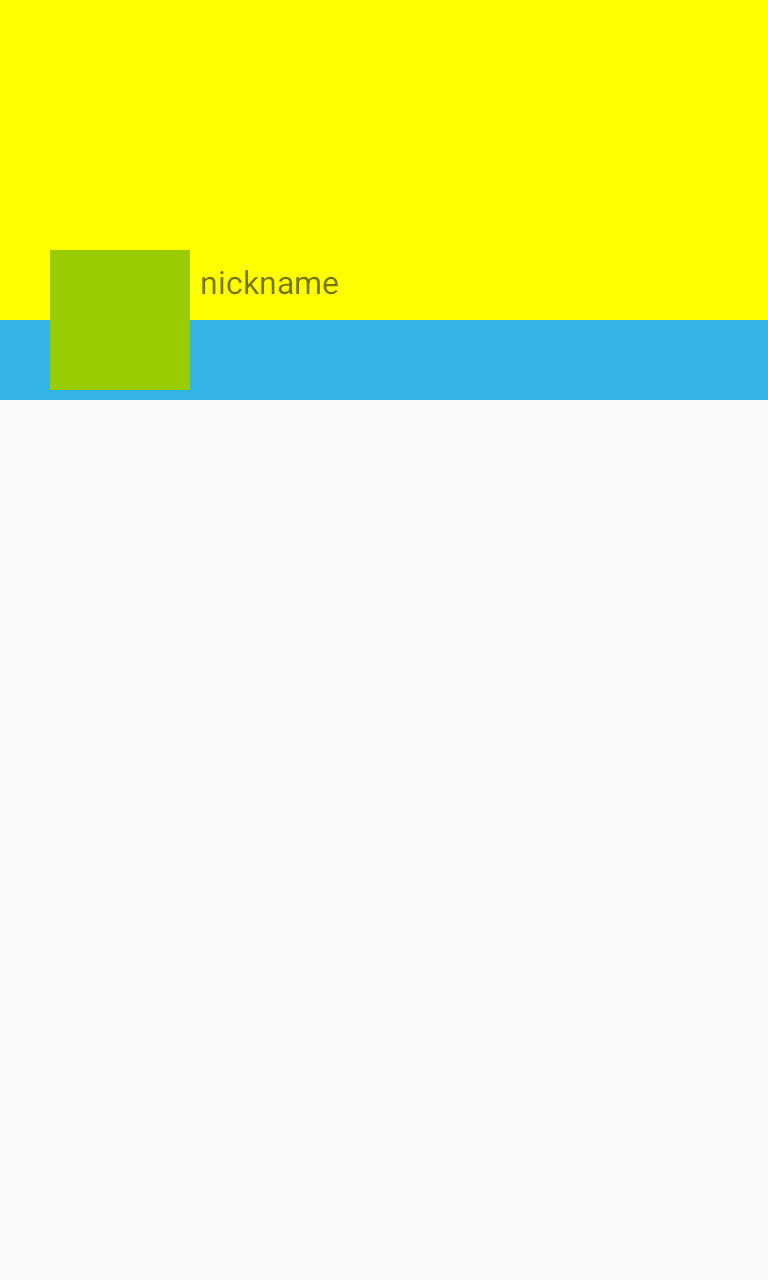
Repository: DAHYEON-PARK/SKP-GROUP
Layout: recipe/res/layout/fragment_category.xml
These files come from the project's save history. The layout is drawn as it stood at one moment and after the next save; the edit follows.
It is drawn on a 768 x 1280 px phone screen (xhdpi) without system bars, with theme AppTheme; the app's code is not run.

Above is the layout before, as saved 2015-02-19 10:46:25.

### recipe/res/layout/fragment_category.xml
<?xml version="1.0" encoding="utf-8"?>
<LinearLayout xmlns:android="http://schemas.android.com/apk/res/android"
    android:layout_width="match_parent"
    android:layout_height="match_parent"
    android:orientation="vertical" >

    <FrameLayout
        android:layout_width="match_parent"
        android:layout_height="200dp"
        android:background="@color/blue">

        <ImageView
            android:layout_width="match_parent"
            android:layout_height="160dp"
            android:background="@color/yellow"/>

        <ImageView
            android:layout_width="70dp"
            android:layout_height="70dp"
            android:layout_marginTop="125dp"
            android:layout_marginLeft="25dp"
            android:background="@color/green"/>

        <TextView
            android:layout_width="wrap_content"
            android:layout_height="wrap_content"
            android:text="nickname"
            android:layout_marginTop="130dp"
            android:layout_marginLeft="100dp"
            android:textSize="@dimen/sp15"/>

    </FrameLayout>

</LinearLayout>

### recipe/res/values/color.xml
<?xml version="1.0" encoding="utf-8"?>
<resources>
    <item name="blue" type="color">#FF33B5E5</item>
    <item name="purple" type="color">#FFAA66CC</item>
    <item name="green" type="color">#FF99CC00</item>
    <item name="orange" type="color">#FFFFBB33</item>
    <item name="red" type="color">#FFFF4444</item>
    <item name="yellow" type="color">#FFFF00</item>
    <item name="brown" type="color">#A0522D</item>
    <item name="black" type="color">#000000</item>
    <item name="darkblue" type="color">#FF0099CC</item>
    <item name="darkpurple" type="color">#FF9933CC</item>
    <item name="darkgreen" type="color">#FF669900</item>
    <item name="darkorange" type="color">#FFFF8800</item>
    <item name="darkred" type="color">#FFCC0000</item>
</resources>

### recipe/res/values/dimens.xml
<resources>

    <!-- Default screen margins, per the Android Design guidelines. -->
    <dimen name="activity_horizontal_margin">16dp</dimen>
    <dimen name="activity_vertical_margin">16dp</dimen>

    <!--
         Per the design guidelines, navigation drawers should be between 240dp and 320dp:
         https://developer.android.com/design/patterns/navigation-drawer.html
    -->
    <dimen name="navigation_drawer_width">240dp</dimen>

    <dimen name="sp10">11sp</dimen>
    <dimen name="sp11">12sp</dimen>
    <dimen name="sp12">13sp</dimen>
    <dimen name="sp13">14sp</dimen>
    <dimen name="sp14">15sp</dimen>
    <dimen name="sp15">16sp</dimen>
    <dimen name="sp16">17sp</dimen>
    <dimen name="sp17">18sp</dimen>
    <dimen name="sp18">19sp</dimen>
    <dimen name="sp19">20sp</dimen>
    <dimen name="sp20">21sp</dimen>
    <dimen name="sp21">22sp</dimen>
    <dimen name="sp22">23sp</dimen>
    <dimen name="sp23">24sp</dimen>
    <dimen name="sp24">25sp</dimen>
    <dimen name="sp25">26sp</dimen>

</resources>

Loaded but not shown: recipe/res/values/styles.xml (common file); recipe/res/values-v11/styles.xml (common file); recipe/res/values-v14/styles.xml (common file)

After the next save:
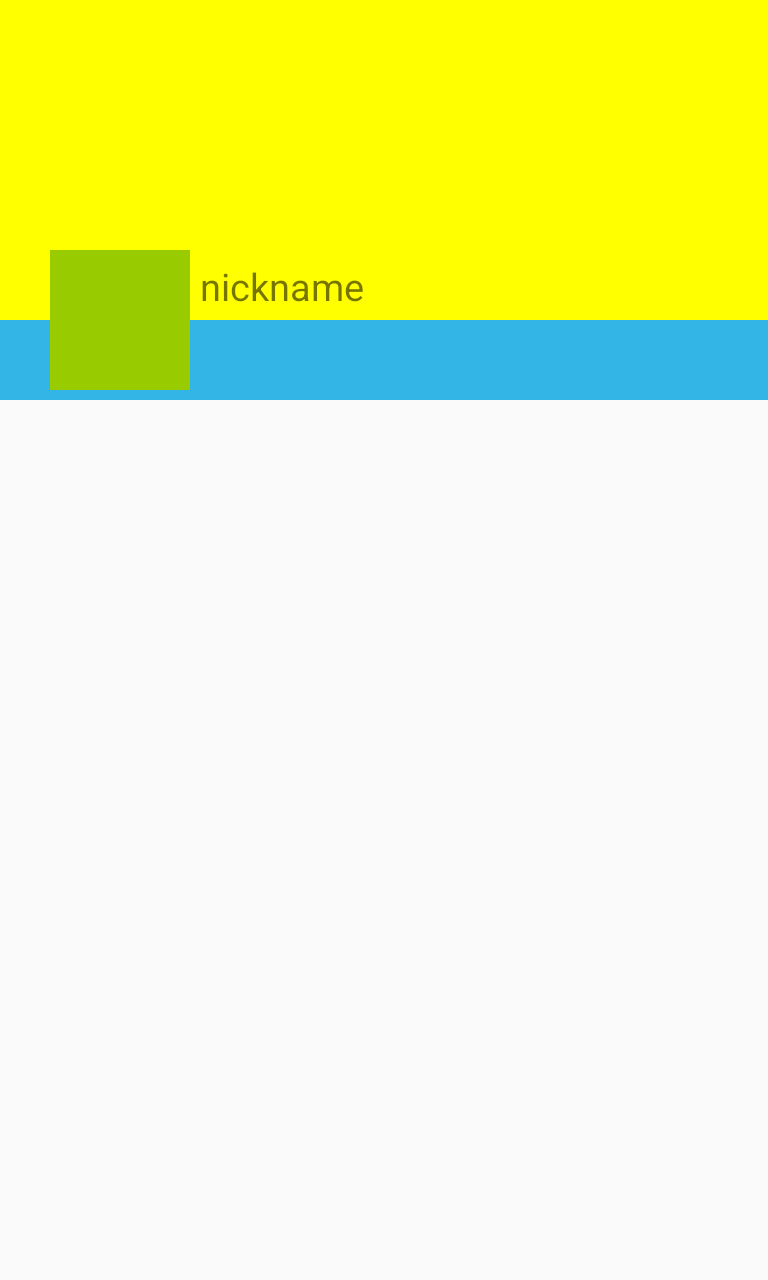
Saved 11 s later.
--- a/recipe/res/layout/fragment_category.xml
+++ b/recipe/res/layout/fragment_category.xml
@@ -27,7 +27,7 @@
             android:text="nickname"
             android:layout_marginTop="130dp"
             android:layout_marginLeft="100dp"
-            android:textSize="@dimen/sp15"/>
+            android:textSize="@dimen/sp18"/>
 
     </FrameLayout>
 
